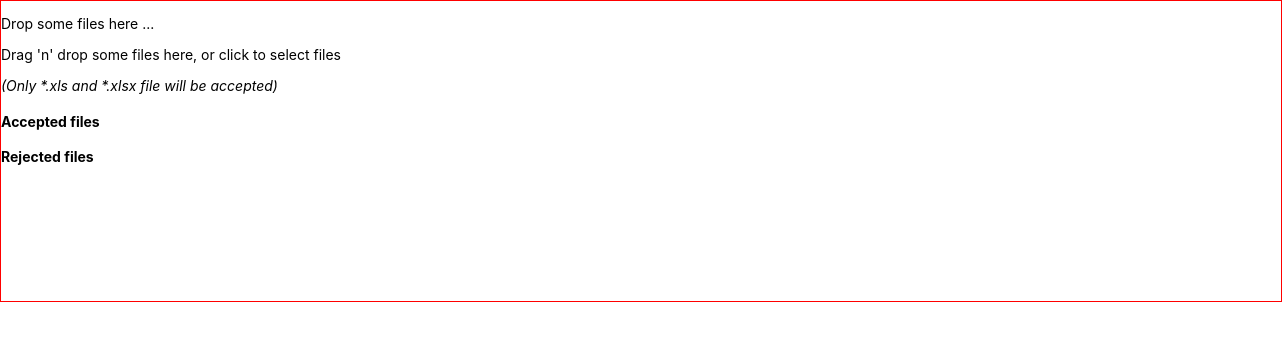
Repository: enigmawxy/abi2020
Page: /
These files come from the project's save history. The page is drawn as it stood at one moment and after the next save; the edit follows.
The browser window is 1280 px wide. The page is 1282 px wide, so the pictures cover 1282 px, including what lies to the right of the window. The pictures show the whole page.
The page's requests for data from a server got no answer. The project was rebuilt for these pictures with package versions that can differ from the ones it lists, and the page was loaded fresh each time. No one was signed in, and anything a server would have sent is missing. Also part of the build but not shown: src/components/login/login.scss, src/components/login/login.jsx, src/common/header.scss, src/common/header.jsx, src/common/footer.scss, src/common/footer.jsx, src/components/register/content.scss, src/components/register/content.jsx and 3 more.

Above is the page before, as saved 2020-08-19 10:33:06.

After the next save:
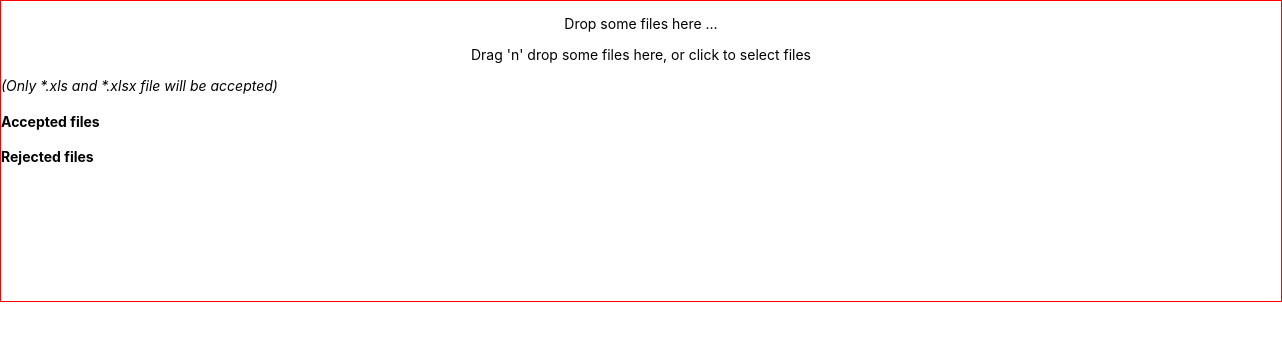
Saved 77 s later.
--- a/src/common/Accept.scss
+++ b/src/common/Accept.scss
@@ -2,6 +2,9 @@
     width: 100%;
     height: 300px;
     border: 1px solid red;
+    p {
+        text-align: center;
+    }
 }
 
 .progress-bar {
